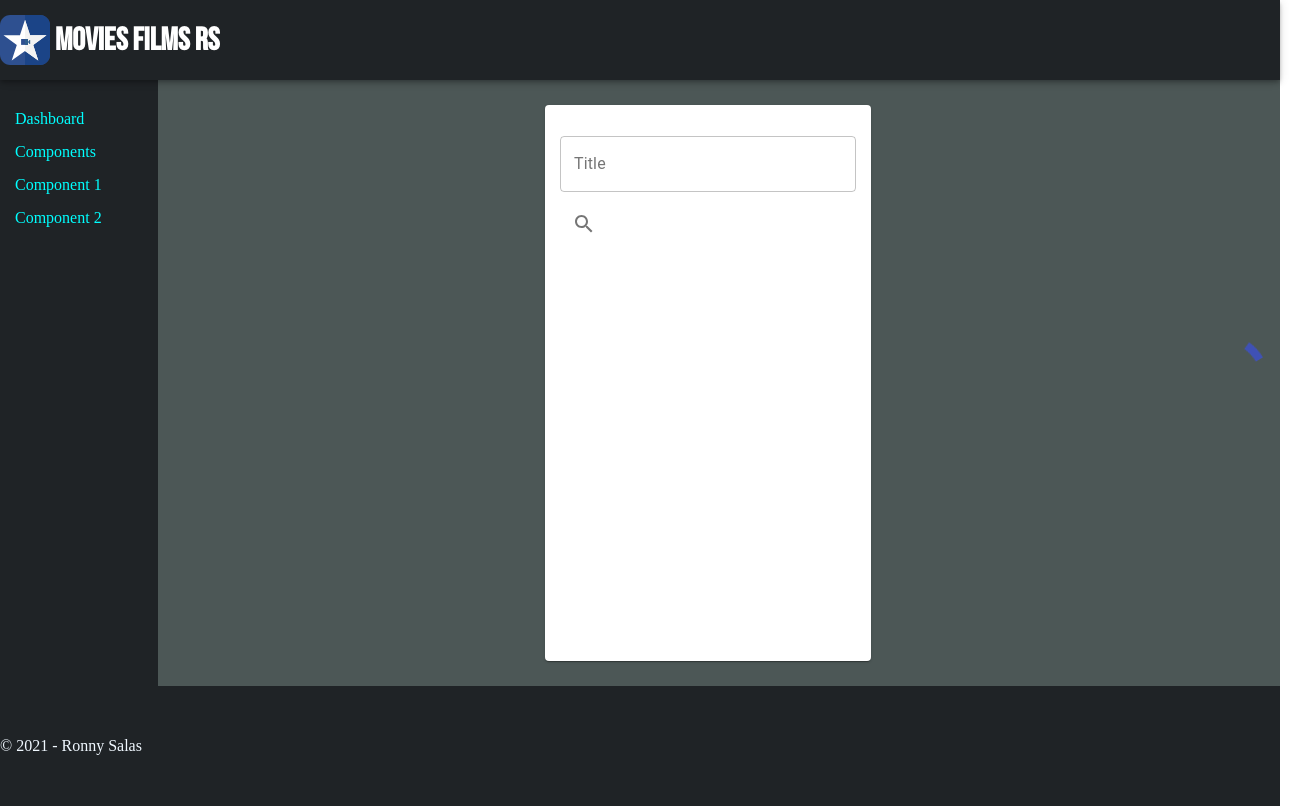
Repository: ronnysalas459/assigment-2
Page: /
These files come from the project's save history. The page is drawn as it stood at one moment and after the next save; the edit follows.
The browser window is 1280 px wide. The page is 1289 px wide, so the pictures cover 1289 px, including what lies to the right of the window. The pictures show the whole page.
The page's requests for data from a server got no answer. The project was rebuilt for these pictures with package versions that can differ from the ones it lists, and the page was loaded fresh each time. No one was signed in, and anything a server would have sent is missing. Also part of the build but not shown: src/contexts/DetailsContext.js, src/components/Common/ButtonPrimary.js, src/components/Films/Movie.js, src/components/Common/Messages.js, src/components/Films/Movies.js, src/components/Details/index.js, src/components/NotFound/index.js.

Above is the page before, as saved 2021-08-30 19:58:08.

### src/index.js
import React from 'react';
import ReactDOM from 'react-dom';
import App from './App';

ReactDOM.render(<App />,document.querySelector('#root')
);

### src/App.js
import React from "react";
import { BrowserRouter, Switch, Route } from "react-router-dom";
import MoviesContextProvider from "./contexts/MoviesContext";
import DetailsContextProvider from "./contexts/DetailsContext";
import Films from "./components/Films";
import Details from "./components/Details";
import Header from "./components/Common/Header";
import Footer from "./components/Common/Footer";
import SideBar from "./components/Common/SideBar";
import NotFound from "./components/NotFound";
import "./assets/css/styles.css";

const App = () => (
  <BrowserRouter>
    <div className="container">
      <Header />
      <div className="content">
        <SideBar />
        <div className="projects">
          <Switch>
            <Route exact path="/">
              <MoviesContextProvider>
                <Films />
              </MoviesContextProvider>
            </Route>
            <Route path="/movie/movie_id">
              <DetailsContextProvider>
                <Details />
              </DetailsContextProvider>
            </Route>
            <Route component={NotFound} />
          </Switch>
        </div>
      </div>
      <Footer />
    </div>
  </BrowserRouter>
);

export default App;

### src/contexts/MoviesContext.js
import React, { createContext, useState, useEffect } from "react";
import { popularGet, movieSearch } from "./../constants";

export const MoviesContext = createContext();

const MoviesContextProvider = ({ children }) => {
  const [doneFetch, setDoneFetch] = useState();
  const [currentQuery, setCurrentQuery] = useState("");
  const [text, setText] = useState("Top Movies");
  const [movies, setMovies] = useState([]);

  useEffect(() => {
    getPopularMovies();
  }, []);

  const getPopularMovies = () => {
    fetch(popularGet())
      .then((res) => res.json())
      .then((data) => {
        const { results }  = data;
        setDoneFetch(true);
        console.log(results);
        setMovies(results);
      })
      .catch((err) => console.log(err));
  };

  const getMovies = (query) => {
    fetch(movieSearch(query))
      .then((res) => res.json())
      .then((data) => {
        const { results } = data;
        setDoneFetch(true);
        console.log(results );
        setText(results.length ? "Results" : "No Results");
        setMovies(results);

      })
      .catch((err) => console.log(err));
  };

  const validateQuery = (
    e,
    query = document.querySelector("#query").value.toLowerCase().trim()
  ) => {
    if (e.type === "keypress" && e.key !== "Enter") return;
    const words = query.match(/\w+/g);
    query = words && words.join(" ");
    if (query && query !== currentQuery) {
      setCurrentQuery(query);
      setDoneFetch(false);
      getMovies(query);
    }
  };
  return (
    <MoviesContext.Provider value={{ doneFetch, text, movies, validateQuery }}>
      {children}
    </MoviesContext.Provider>
  );
};

export default MoviesContextProvider;

### src/components/Films/index.js
import React, { Fragment, useContext } from "react";
import { MoviesContext } from "./../../contexts/MoviesContext";
import SearchMovies from "./SearchMovies";
import Movies from "./Movies";
import ProgressBar from "./../Common/ProgressBar";
import  Message  from "./../Common/Messages";

const Films = () => {
  const { validateQuery, doneFetch, movies, text } = useContext(MoviesContext);

  return (
    <Fragment>
      <SearchMovies validateQuery={validateQuery} />
      {doneFetch ? (
        movies.length ? (
          console.log("voyyyyyyyyyy"),
          <Movies text={text} movies={movies} />
        ) : (
          <Message text={text} />
        )
      ) : (
          console.log("nooooooooo"),
        <ProgressBar />
      )}
    </Fragment>
  );
};

export default Films;

### src/components/Common/Header.js
import React from "react";
import { AppBar, Toolbar } from "@material-ui/core";
import { ReactComponent as Logo } from "./../../assets/img/movie.svg";
import "./../../assets/css/styles.css";
const Header = () => (
  <AppBar position="sticky">
      <div className="header-container">
            <Logo className="logo-container" />
            &nbsp;&nbsp;
        <h1>Movies Films RS</h1>
      </div>
  </AppBar>
);

export default Header;

### src/components/Common/Footer.js
import React from 'react'

const Footer = () => (
    <footer>
        <p> &copy; { new Date().getFullYear()} - Ronny Salas</p>
    </footer>
);


export default Footer;

### src/components/Common/SideBar.js
import React from "react";
import { ProSidebar, Menu, MenuItem, SubMenu } from "react-pro-sidebar";
import "./../../assets/css/styles.css";

const SideBar = () => (

    <aside className="aside">
      <ProSidebar>
        <Menu iconShape="square">
          <MenuItem>Dashboard</MenuItem>
          <SubMenu title="Components">
            <MenuItem>Component 1</MenuItem>
            <MenuItem>Component 2</MenuItem>
          </SubMenu>
        </Menu>
      </ProSidebar>
    </aside>

);
export default SideBar;

### src/assets/css/styles.css
/*FUENTES*/

@font-face {
  font-family: "TrebuchetMS";
  src: url("../fonts/TrebuchetMS.ttf");
  font-weight: normal;
  font-style: normal;
}
@font-face {
  font-family: "BebasNeue";
  src: url("../fonts/BebasNeue.otf");
  font-weight: normal;
  font-style: normal;
}

@font-face {
  font-family: "WebSymbolsRegular";
  src: url("../fonts/websymbols-regular-webfont.eot");
  src: url("../fonts/websymbols-regular-webfont.eot?#iefix")
      format("embedded-opentype"),
    url("../fonts/websymbols-regular-webfont.woff") format("woff"),
    url("../fonts/websymbols-regular-webfont.ttf") format("truetype"),
    url("../fonts/websymbols-regular-webfont.svg#WebSymbolsRegular")
      format("svg");
  font-weight: normal;
  font-style: normal;
}
.root {
  margin: 3vw;
}
* {
  margin: 0px;
  padding: 0px;
}

html {
  overflow-x: hidden;
}

.container{
  width:100%;
  height:auto;
}

.header-container {
  width: 100%;
  height: 80px;
  background-color: #1f2326 !important;
  font-family: BebasNeue;
  color: white;
  display: flex;
  flex-direction: row;
  flex-wrap: wrap;
  align-items: center;
}

.logo-container {
  display: block;
  height: 100%;
  width: 50px;
}
.logo-container h1 {
  color: aqua;
}
.content{
  display:flex;
  justify-content:space-between;
  background-color: #4C5756;
}
.aside{
  display:flex;
  min-height: 80vh;
  flex-basis: 10%;
  margin-right: 30px;
  padding: 15px;
  flex-direction: column;
  flex-wrap: wrap;
  color: aqua;
  background-color: #1f2326;
}

.projects{
  display:flex;
  flex-flow: row wrap;
  flex-basis: 80%;
}

footer {
  display:flex;
  flex-flow: row wrap;
  justify-content:flex-start;
  height:120px;
  align-items:center;
  background-color: #1f2326;
}
footer p {
    color:aliceblue;
    justify-content: center;
}
.paper {
	margin-top: 25px;
	margin-bottom: 25px;
	margin-left: auto;
	margin-right: auto;
	max-width: 600px;
}

.defaultPaper {
	padding: 15px;
}

.project{
  flex-grow:2;
  flex-basis: 150px;
  margin-bottom: 25px;
  margin-right:20px;
  border: 1px solid #ccc;
}
.project img{
  width:100%;
}
.buttonPrimary,
.progressBar {
  display: flex;
  justify-content: center;
  align-items: center;
}
ul {
	list-style-type: none;
	padding: 0;
}

li {
	margin-top: 15px;
}

a {
	text-decoration: none;
}

.buttonPrimary,
.message,
.progressBar {
  margin: 10px;
}

.MuiTextField-root {
  width: 100%;
}

@media (max-width: 323px) {
  h1 {
    display: none;
  }
}

### src/constants/index.js
//HABILITAR PROXY INVERSO PARA CORS INTERCEPTOR
//const cors_anywhere = "https://cors-anywhere.herokuapp.com/";
const base_url = "https://api.themoviedb.org/3/";
const popular_movies_get = "movie/popular?";
const movie_search = "search/movie?";
const movies_get = "movie/{movie_id}";
const api_key = "api_key=2c4e30626dc1fcee2a373a9a71cf70f1";


export const popularGet = () => `${base_url}${popular_movies_get}${api_key}&page=1`;
export const moviesGet = id => `${base_url}${movies_get}${api_key}`;
export const movieSearch = query => `${base_url}${movie_search}${api_key}&query=${query}`;

### src/components/Films/SearchMovies.js
import React from 'react';
import Paper from "@material-ui/core/Paper";
import TextField from '@material-ui/core/TextField';
import IconButton from '@material-ui/core/IconButton';
import SearchIcon from '@material-ui/icons/Search';


const SearchMovies = ({ validateQuery }) => (
    <Paper className = "paper defaultPaper">
        <TextField
            id="query"
            label="Title"
            margin="normal"
            variant="outlined"
            onKeyPress = {(e) => validateQuery(e)}
        />
         <IconButton onClick={(e) => validateQuery(e)}>
            <SearchIcon />
        </IconButton>
    </Paper>
);

export default SearchMovies

### src/components/Common/ProgressBar.js
import React from 'react'
import CircularProgress from '@material-ui/core/CircularProgress';

const ProgressBar = () => (
    <div className="progressBar">
        <CircularProgress size = { 100 } />

    </div>
)


export default ProgressBar

Loaded but not shown: public/index.html (common file)

After the next save:
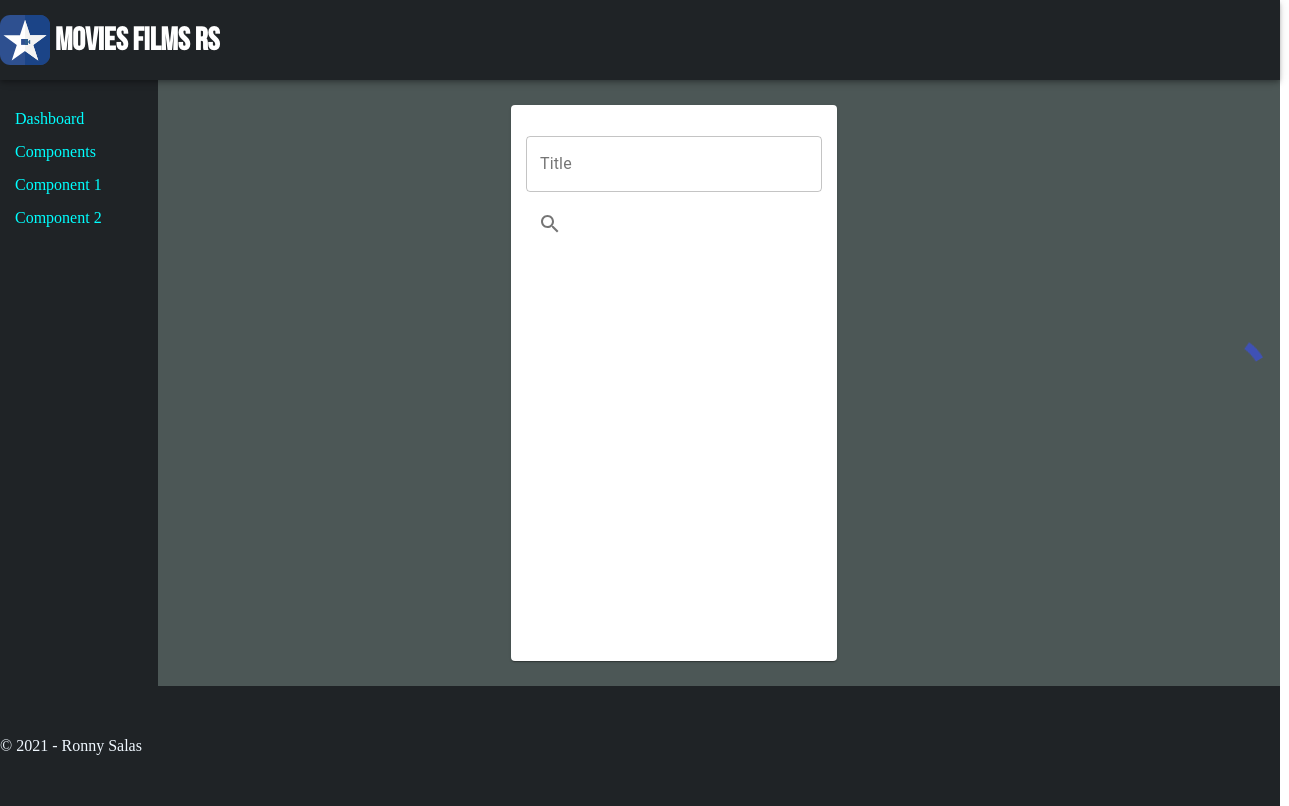
Saved 49 s later.
--- a/src/App.js
+++ b/src/App.js
@@ -16,7 +16,7 @@
       <Header />
       <div className="content">
         <SideBar />
-        <div className="projects">
+
           <Switch>
             <Route exact path="/">
               <MoviesContextProvider>
@@ -30,7 +30,7 @@
             </Route>
             <Route component={NotFound} />
           </Switch>
-        </div>
+
       </div>
       <Footer />
     </div>

After the save that followed:
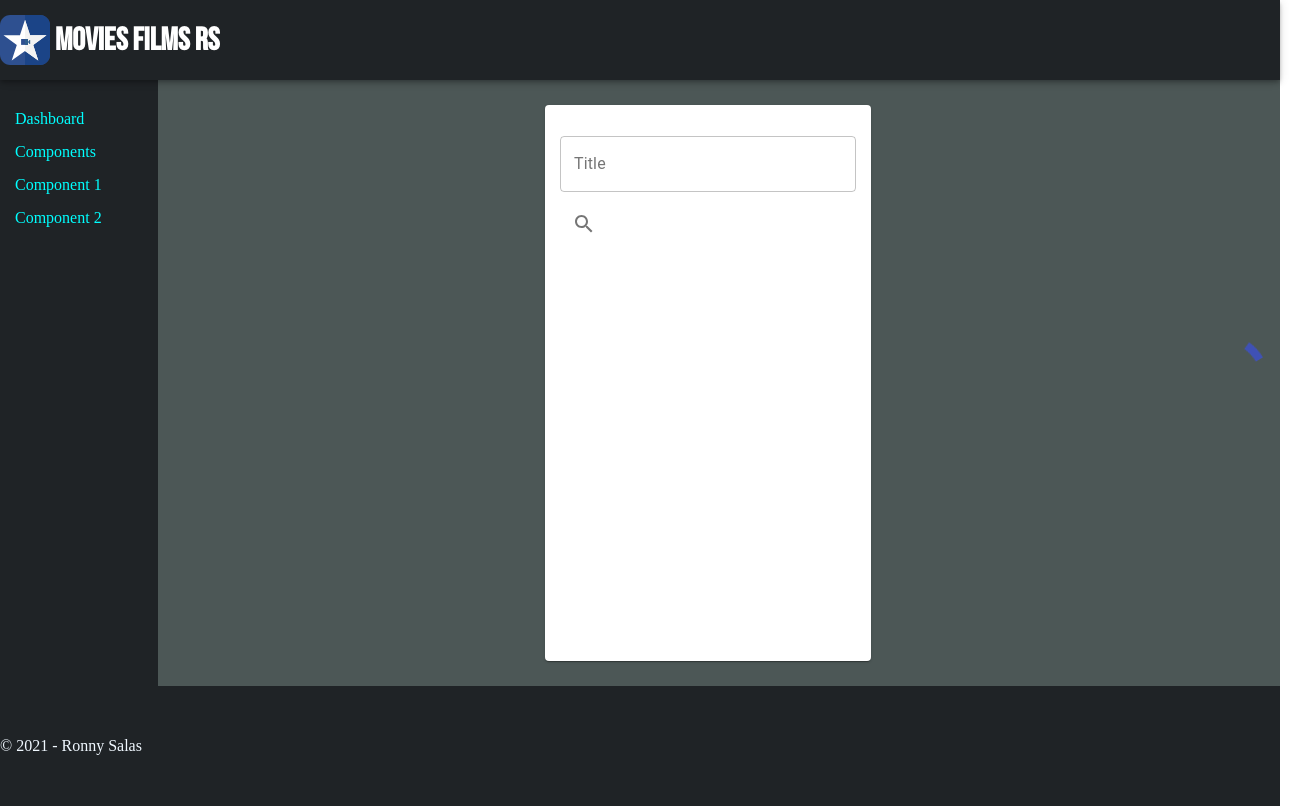
Saved 13 s later.
--- a/src/App.js
+++ b/src/App.js
@@ -16,7 +16,7 @@
       <Header />
       <div className="content">
         <SideBar />
-
+        <div className="projects">
           <Switch>
             <Route exact path="/">
               <MoviesContextProvider>
@@ -30,7 +30,7 @@
             </Route>
             <Route component={NotFound} />
           </Switch>
-
+        </div>
       </div>
       <Footer />
     </div>
